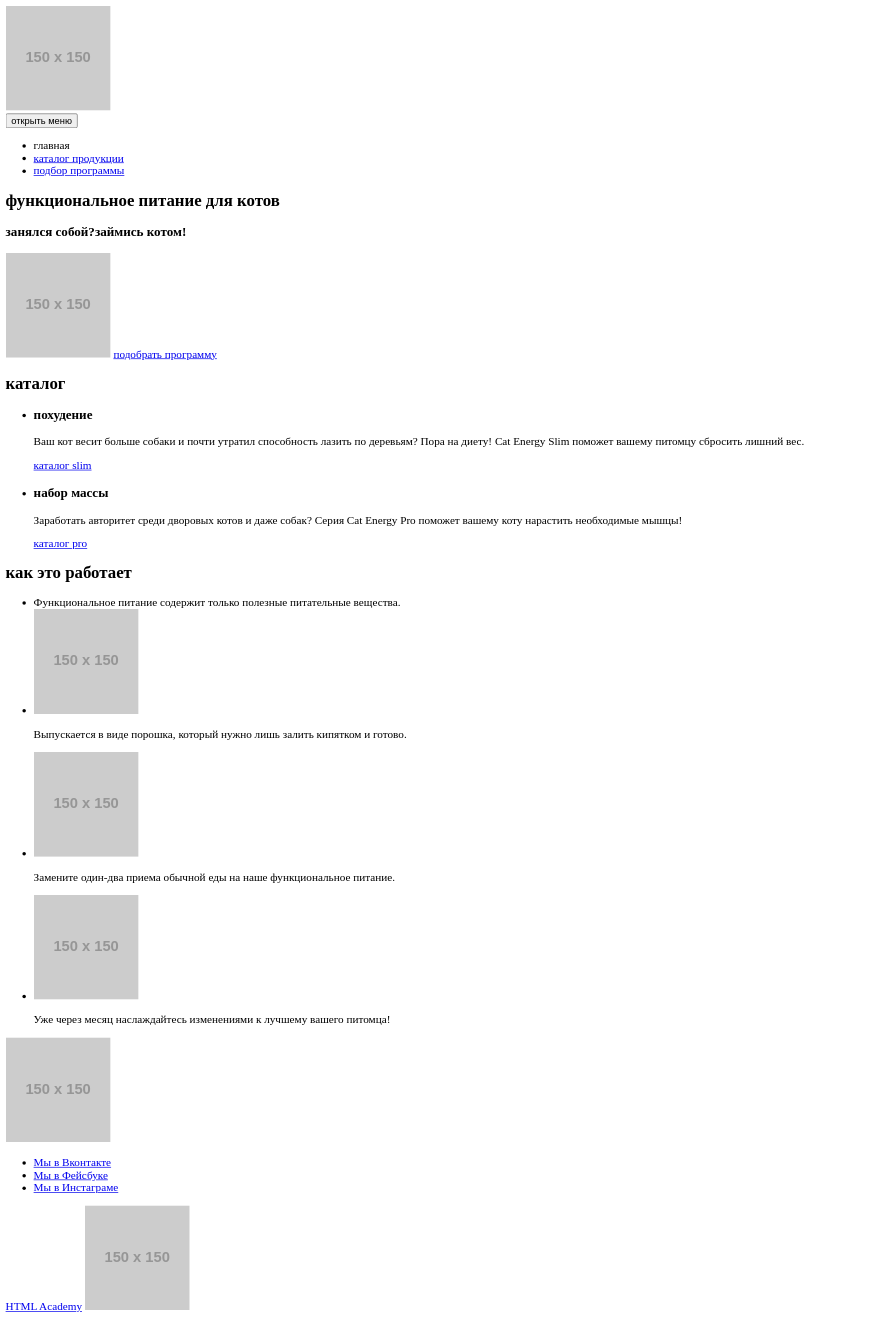
Repository: svetlana2885/1411135-cat-energy-20
Page: source/index.html
The author's editor kept a copy of each file at every save. The page is drawn from the files as they stood at one save, then again after the next save.
The browser window is 1280 px wide. The pictures show the whole page, at 70% of full size.

Above is the page before, as saved 2020-07-22 16:52:47.

After the next save:
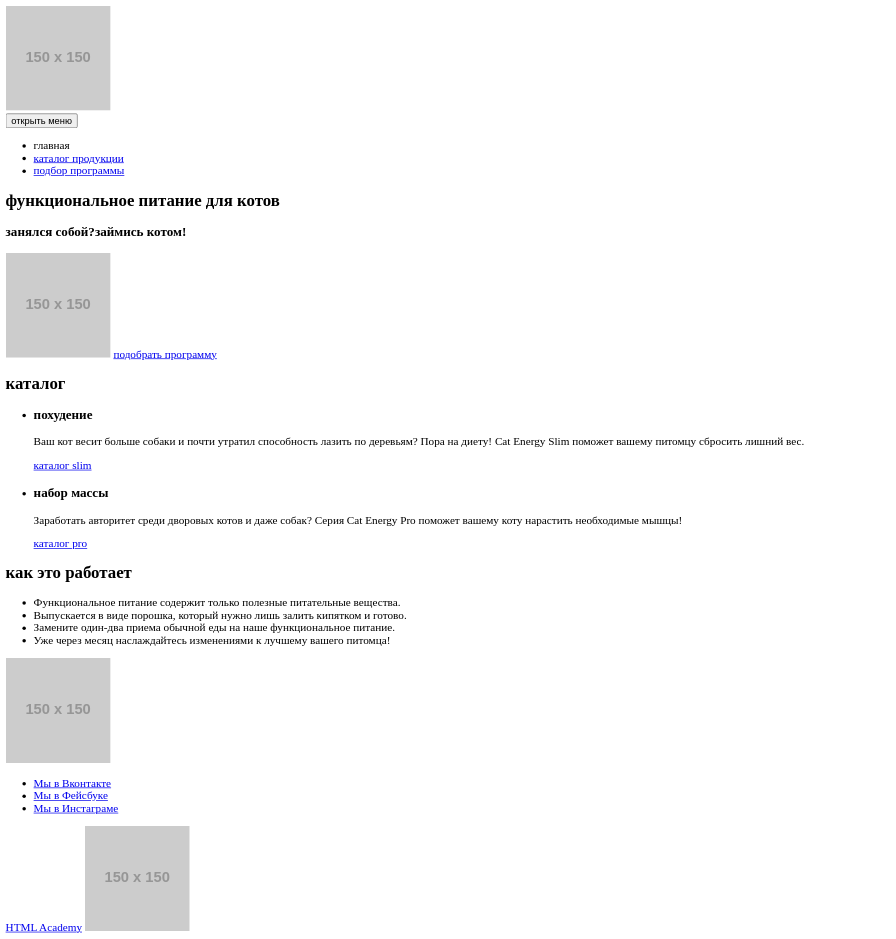
Saved 3 min 53 s later.
--- a/source/index.html
+++ b/source/index.html
@@ -56,23 +56,14 @@
         <li class="advantages__item advantages__item--list">
           Функциональное питание содержит только полезные питательные вещества.
         </li>
-        <li class="advantage-item">
-          <img src="rc=https://via.placeholder.com/150x150" alt="вода" />
-          <p class="advantage__item--text">
-            Выпускается в виде порошка, который нужно лишь залить кипятком и готово.
-          </p>
+        <li class=" advantages__item advantage-item--water">
+          Выпускается в виде порошка, который нужно лишь залить кипятком и готово.
         </li>
-        <li class="advantage-item">
-          <img src="rc=https://via.placeholder.com/150x150" alt="еда" />
-          <p class="advantage__item--text">
-            Замените один-два приема обычной еды на наше функциональное питание.
-          </p>
+        <li class="advantages__item advantage-item--fork ">
+          Замените один-два приема обычной еды на наше функциональное питание.
         </li>
-        <li class="advantage-item">
-          <img src="rc=https://via.placeholder.com/150x150" alt="время" />
-          <p class="advantage__item--text">
-            Уже через месяц наслаждайтесь изменениями к лучшему вашего питомца!
-          </p>
+        <li class="advantage-item advantages__item--time">
+          Уже через месяц наслаждайтесь изменениями к лучшему вашего питомца!
         </li>
       </ul>
     </section>
